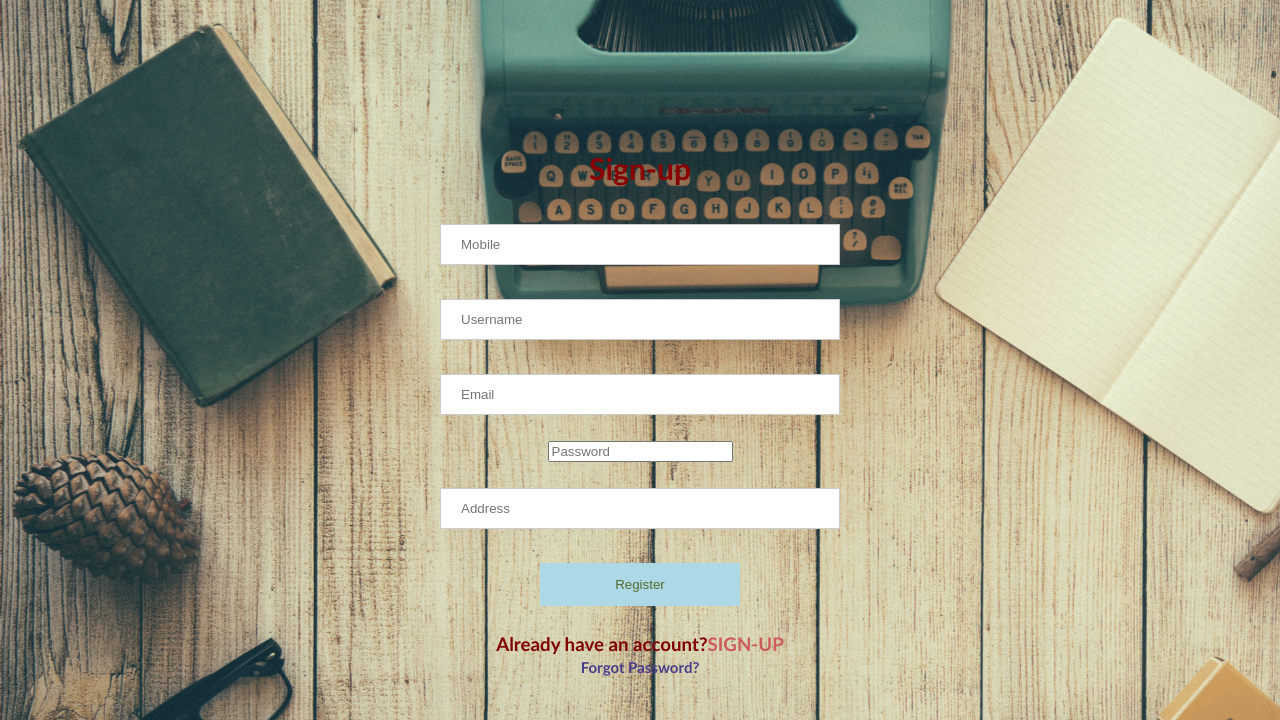
Repository: NAYAN9534/vehicle-booking-system
Page: http://localhost/minor/userlogin.jsp
The author's editor kept a copy of each file at every save. The page is drawn from the files as they stood at one save, then again after the next save.
The browser window is 1280 px wide. The pictures show the whole page.
The page is served by Tomcat 9.

Above is the page before, as saved 2017-05-25 07:36:02.

After the next save:
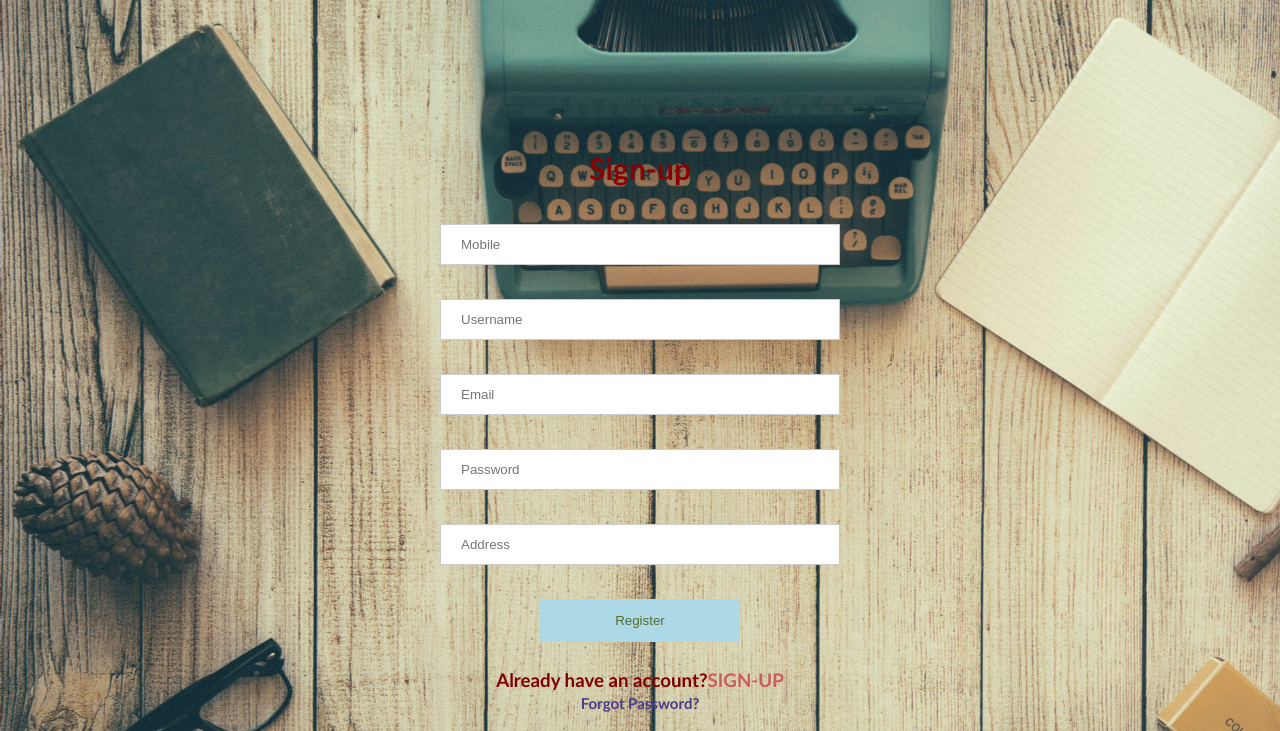
Saved 61 s later.
--- a/minor/WebContent/userlogin.jsp
+++ b/minor/WebContent/userlogin.jsp
@@ -74,7 +74,7 @@
 	<input type="text" name="mob" id="username" placeholder="Mobile"/><br><br>
 	<input type="text" name="name" id="cn_pswd" placeholder="Username"/><br><br>
 	<input type="text" name="email_Id" id="email" placeholder="Email"/><br><br>
-    <input type="password" name="password" id="pswd" placeholder="Password"/><br><br>
+    <input type="text" name="password" id="pswd" placeholder="Password"/><br><br>
     <input type="text" name="address" id="cn_pswd" placeholder="Address"/><br><br>
 
 

After the save that followed:
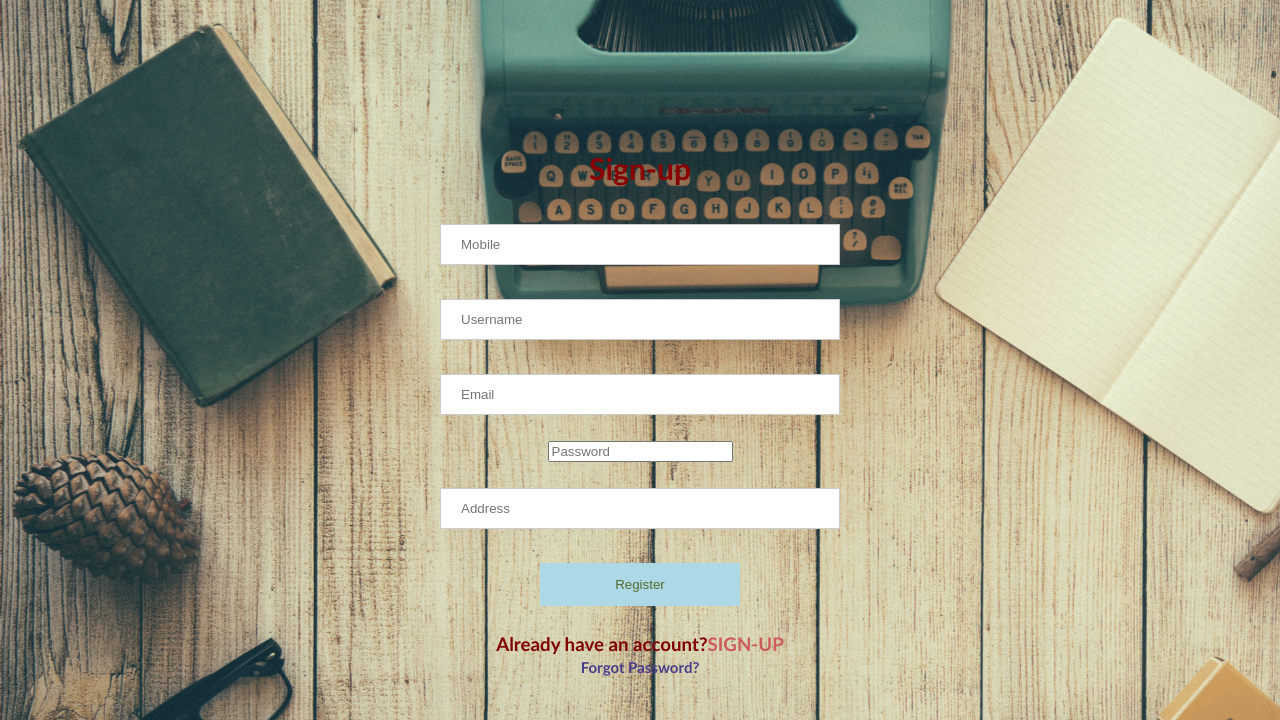
Saved 2 min 4 s later.
--- a/minor/WebContent/userlogin.jsp
+++ b/minor/WebContent/userlogin.jsp
@@ -74,7 +74,7 @@
 	<input type="text" name="mob" id="username" placeholder="Mobile"/><br><br>
 	<input type="text" name="name" id="cn_pswd" placeholder="Username"/><br><br>
 	<input type="text" name="email_Id" id="email" placeholder="Email"/><br><br>
-    <input type="text" name="password" id="pswd" placeholder="Password"/><br><br>
+    <input type="password" name="password" id="pswd" placeholder="Password"/><br><br>
     <input type="text" name="address" id="cn_pswd" placeholder="Address"/><br><br>
 
 
